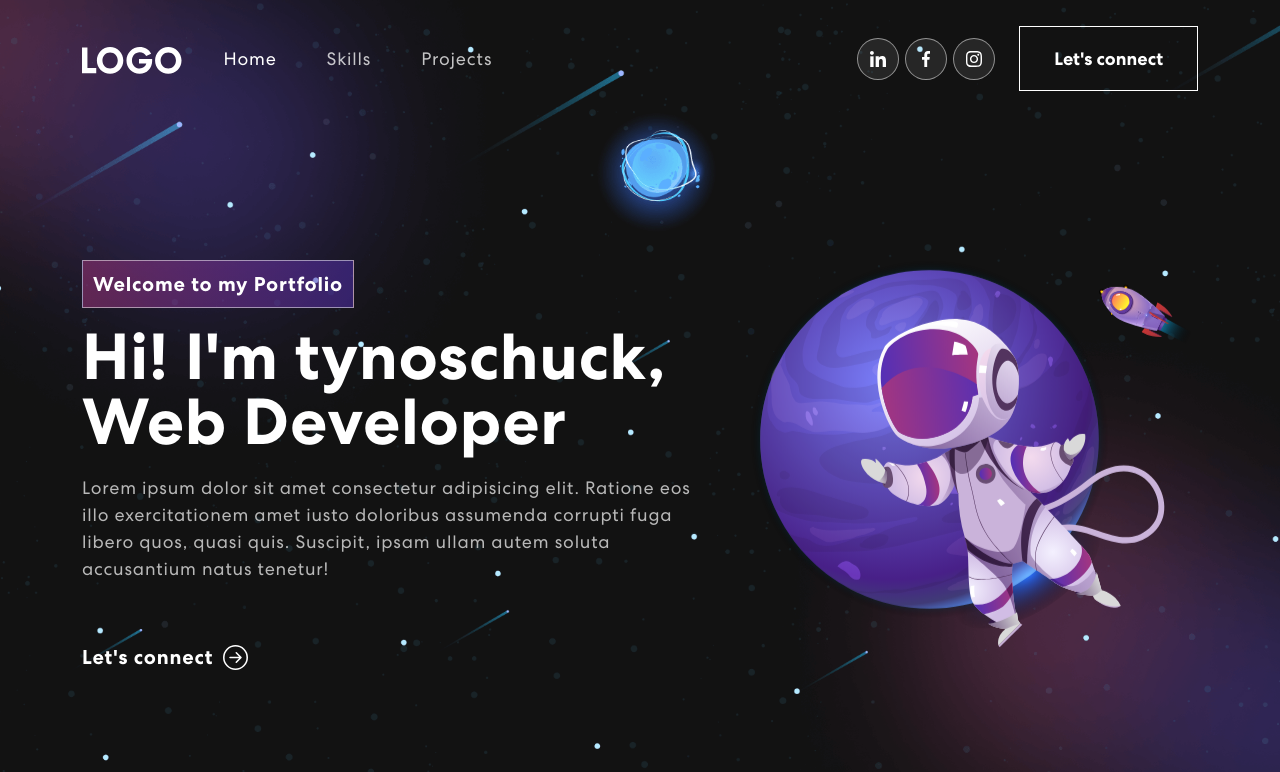
Repository: tynoschuck/personal-space-portfolio
Page: /
These files come from the project's save history. The page is drawn as it stood at one moment and after the next save; the edit follows.
The browser window is 1280 px wide. The pictures show the whole page.
The project was rebuilt for these pictures with package versions that can differ from the ones it lists, and the page was loaded fresh each time.

Above is the page before, as saved 2023-01-02 09:47:28.

After the next save:
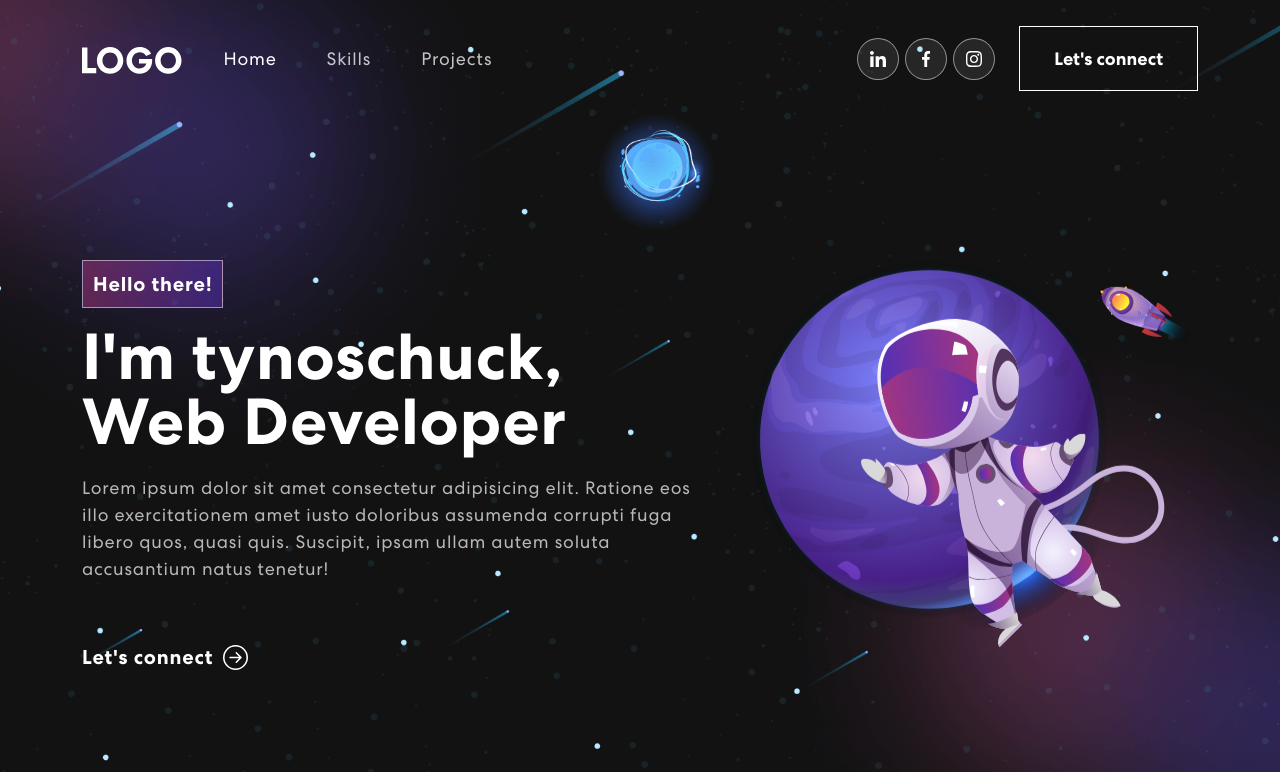
Saved 27 s later.
--- a/src/components/Banner.js
+++ b/src/components/Banner.js
@@ -47,9 +47,9 @@ export const Banner = () => {
       <Container>
         <Row className="align-items-center">
           <Col xs={12} md={6} xl={7}>
-            <span className="tagline">Welcome to my Portfolio</span>
+            <span className="tagline">Hello there!</span>
             <h1>
-              {`Hi! I'm tynoschuck,`}
+              {`I'm tynoschuck,`}
               <span className="wrap"> {text}</span>
             </h1>
             <p>
